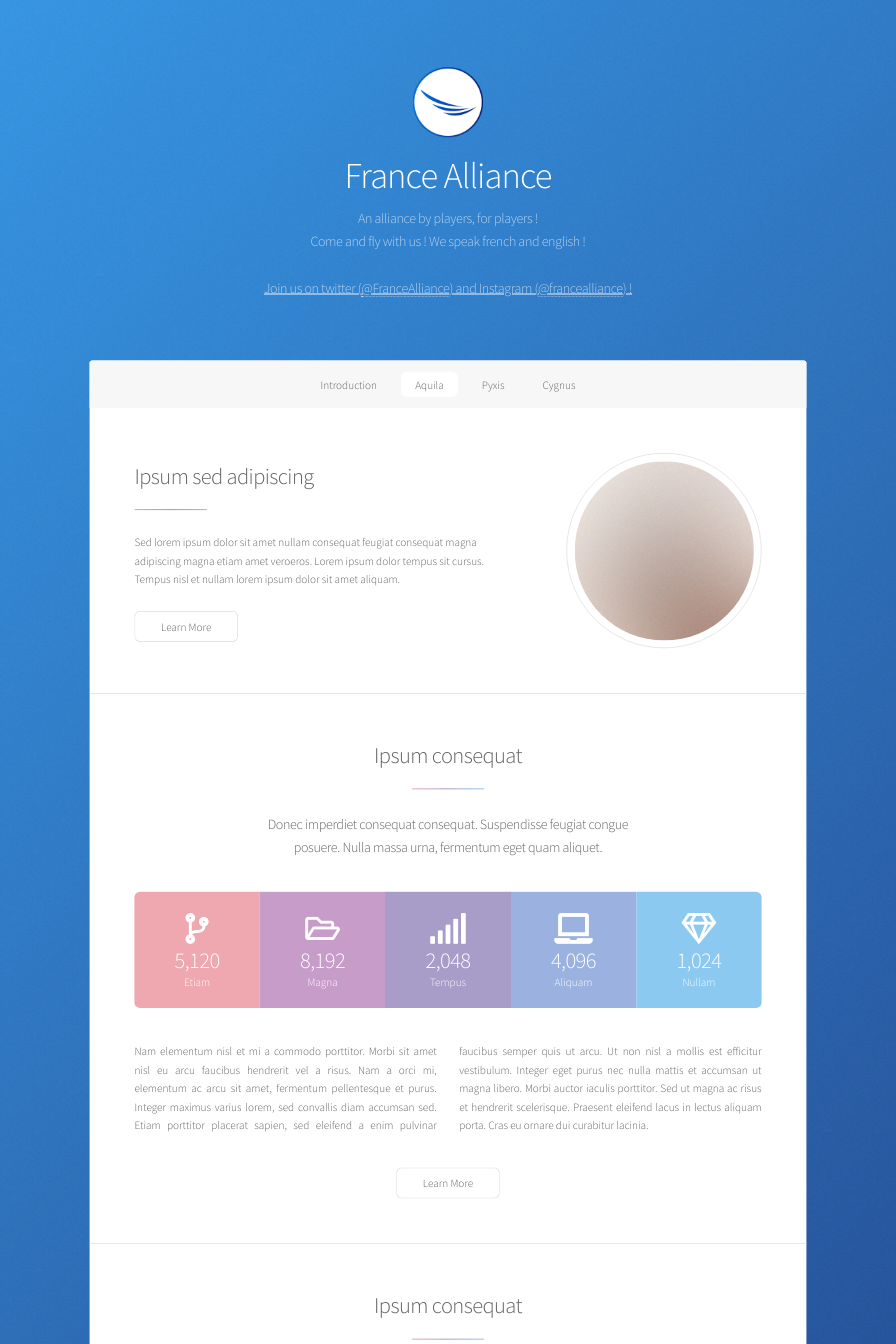
Repository: France-Alliance/France-Alliance.github.io
Page: index.html
An editor plug-in stored every save of this project. The page is shown before and after the next save, followed by the edit.
The browser window is 1280 px wide. The pictures show the part of the page from y = 0 to 1920 px (the page is 3482 px tall), at 70% of full size.

Above is the page before, as saved 2021-04-06 09:15:39.

After the next save:
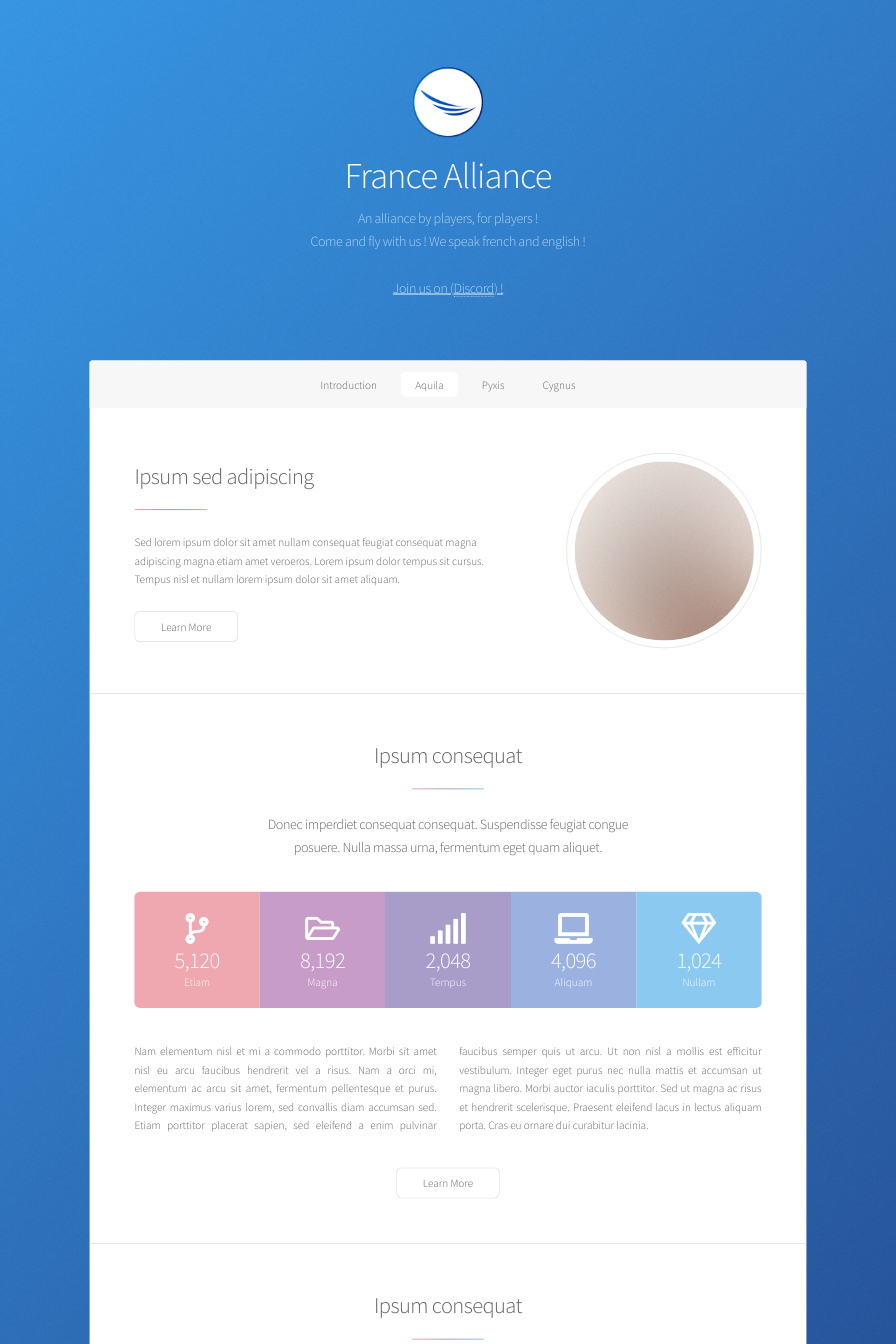
Saved 5 min 20 s later.
--- a/index.html
+++ b/index.html
@@ -24,7 +24,7 @@
 						<h1>France Alliance</h1>
 						<p>An alliance by players, for players !<br>
 						Come and fly with us ! We speak french and english !<br>
-						<br><u>Join us on twitter (<a href="https://twitter.com/FranceAlliance">@FranceAlliance</a>) and Instagram (<a href="https://www.instagram.com/francealliance">@francealliance</a>) !</u></p>
+						<br><u>Join us on (<a href="https://discord.com/invite/ZGWHpfm">Discord</a>) !</u></p>
 					</header>
 
 				<!-- Nav -->
@@ -201,8 +201,8 @@
 							<ul class="icons">
 								<li><a href="https://twitter.com/FranceAlliance" class="icon brands fa-twitter alt"><span class="label">Twitter</span></a></li>
 								<!--<li><a href="#" class="icon brands fa-facebook-f alt"><span class="label">Facebook</span></a></li>-->
-								<li><a href="#" class="icon brands fa-instagram alt"><span class="label">Instagram</span></a></li>
-								<li><a href="#" class="icon brands fa-github alt"><span class="label">GitHub</span></a></li>
+								<li><a href="https://www.instagram.com/francealliance" class="icon brands fa-instagram alt"><span class="label">Instagram</span></a></li>
+								<li><a href="https://github.com/France-Alliance" class="icon brands fa-github alt"><span class="label">GitHub</span></a></li>
 								<!--<li><a href="#" class="icon brands fa-dribbble alt"><span class="label">Dribbble</span></a></li>-->
 							</ul>
 						</section>
